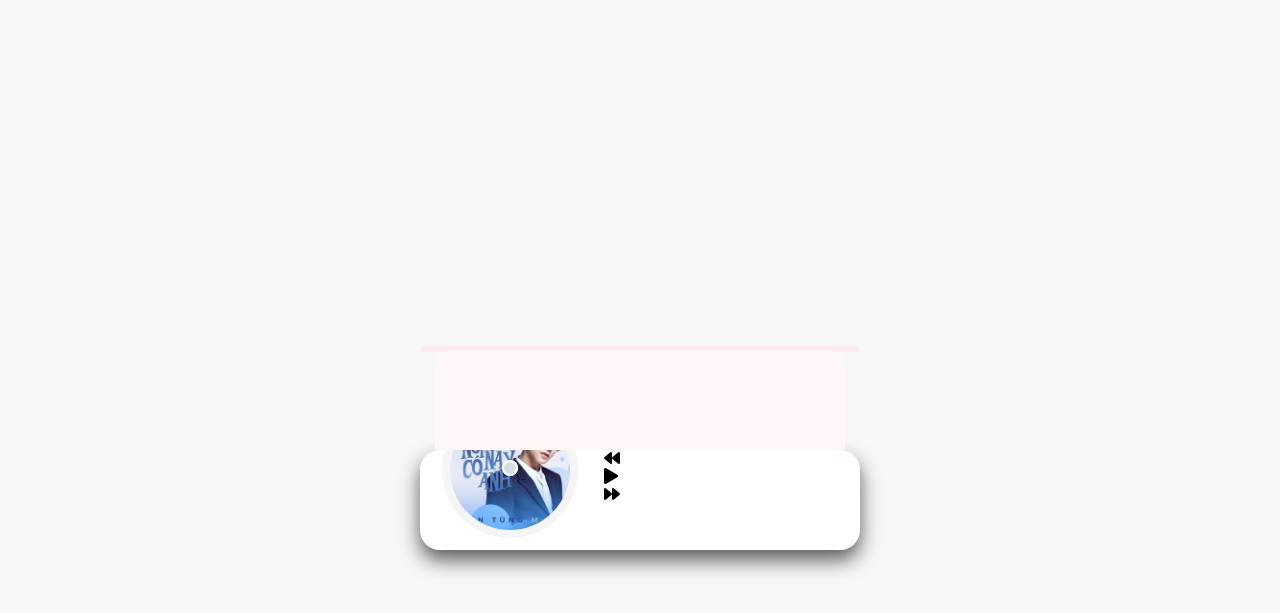
Repository: nguyentien110-fe/Music_Player_Demo
Page: index.html
These files come from the project's save history. The page is drawn as it stood at one moment and after the next save; the edit follows.
The browser window is 1280 px wide. The pictures show the whole page.

Above is the page before, as saved 2021-08-29 21:57:57.

After the next save:
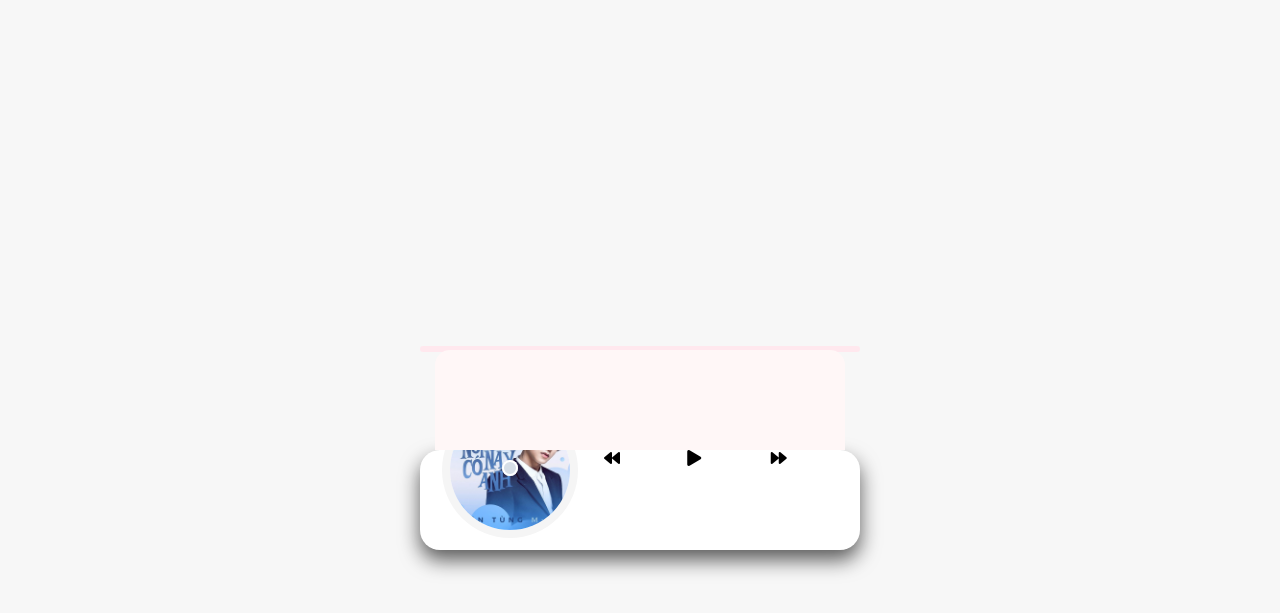
Saved 5 s later.
--- a/style.css
+++ b/style.css
@@ -241,4 +241,5 @@
 
 .control {
     width: 33.333%;
-}
+    float: left;
+}
